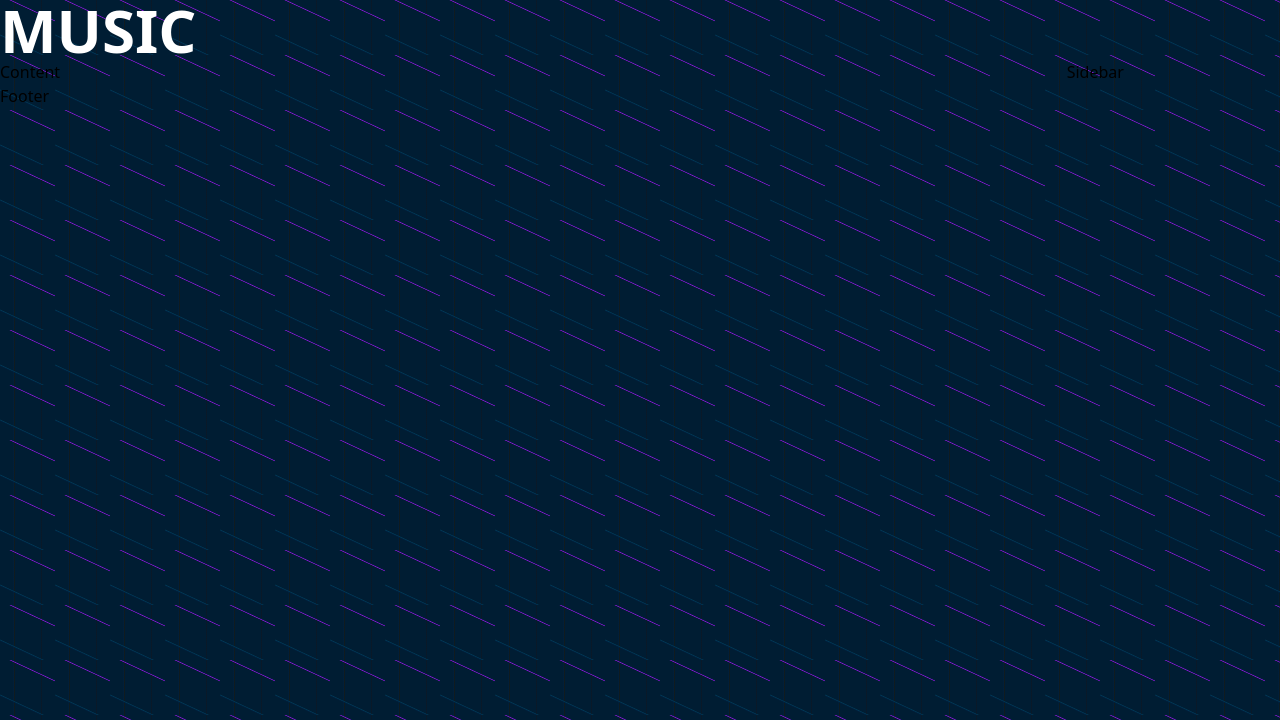
Repository: ItsMe-Pal/something
Page: index.html
These files come from the project's save history. The page is drawn as it stood at one moment and after the next save; the edit follows.
The browser window is 1280 px wide. The pictures show the whole page.
The style sheet was rebuilt from its Sass, Less or Tailwind sources for each picture, by a compiler version that may differ from the author's.

Above is the page before, as saved 2025-06-22 18:36:09.

After the next save:
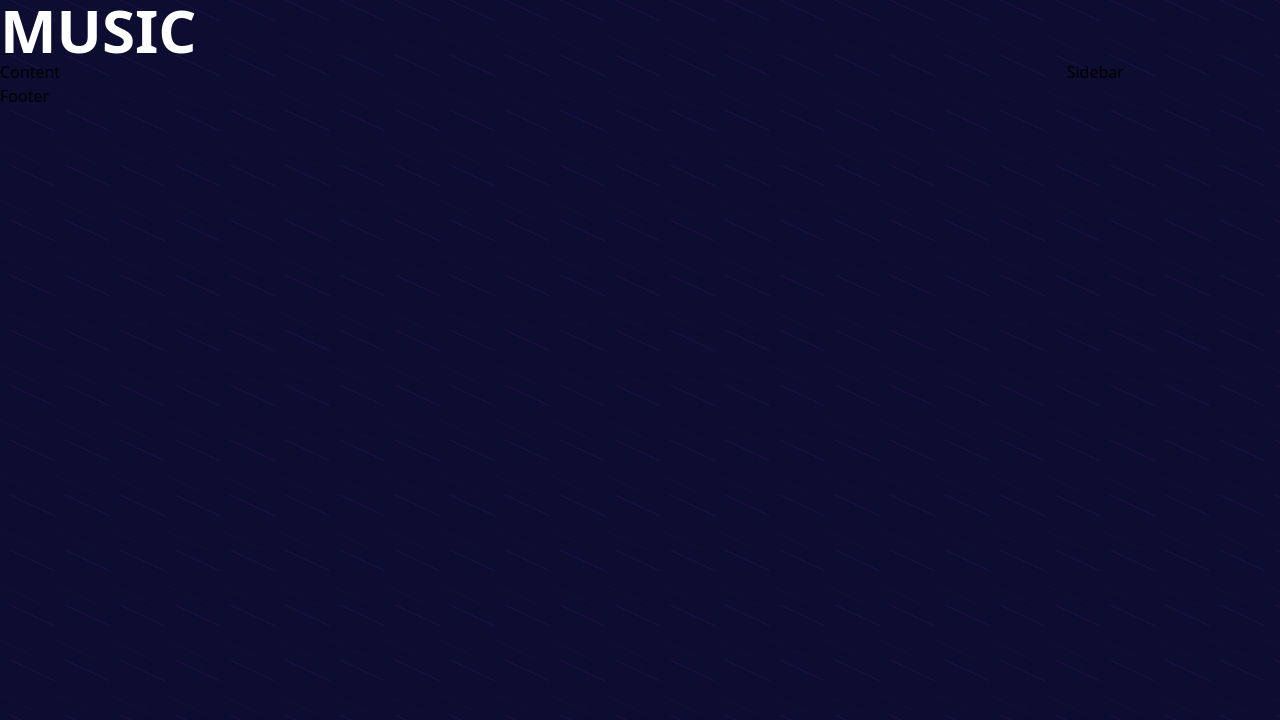
Saved 64 s later.
--- a/styles/main.scss
+++ b/styles/main.scss
@@ -16,6 +16,7 @@
     left: 0;
     top: 0;
     width: 100%;
+    background-color: #100930c9;
     height: 100%;
 }
   .word1 {
